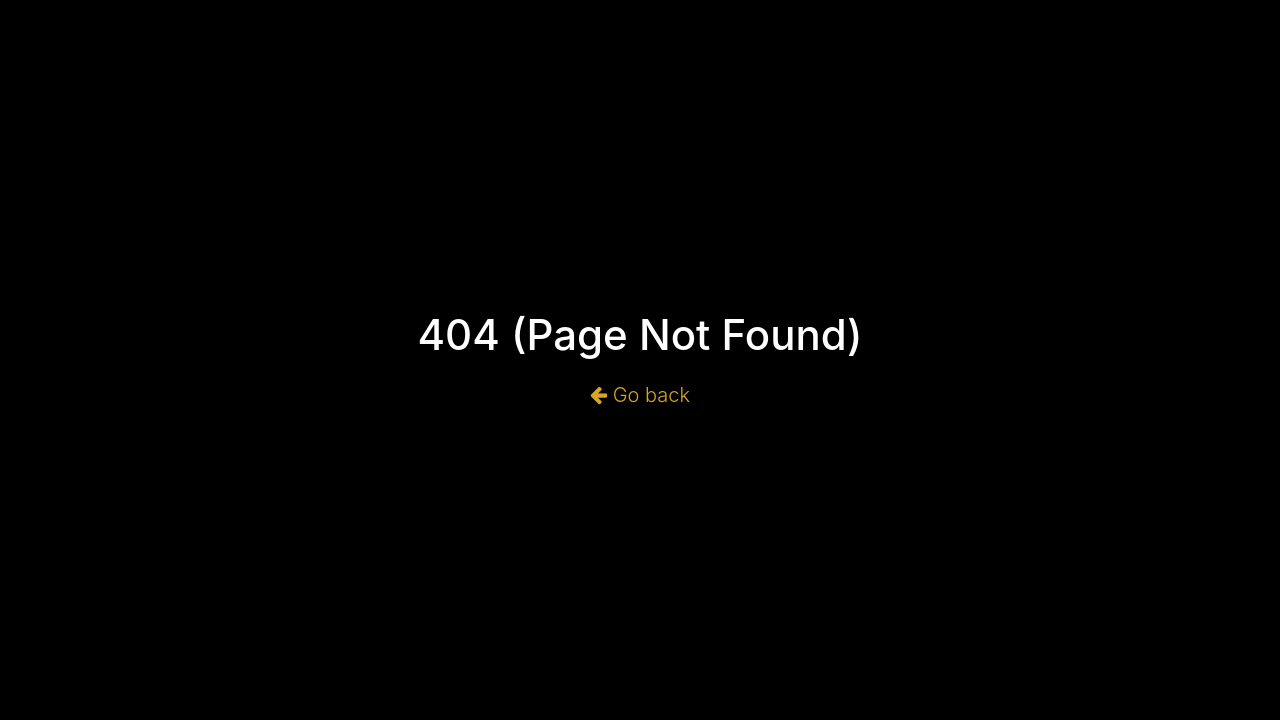
Repository: latenightsnacc/movie-db-app
Page: fallBackSuspense.html
These files come from the project's save history. The page is drawn as it stood at one moment and after the next save; the edit follows.
The browser window is 1280 px wide. The pictures show the whole page.
The style sheet was rebuilt from its Sass, Less or Tailwind sources for each picture, by a compiler version that may differ from the author's.

Above is the page before, as saved 2020-06-19 10:45:54.

After the next save:
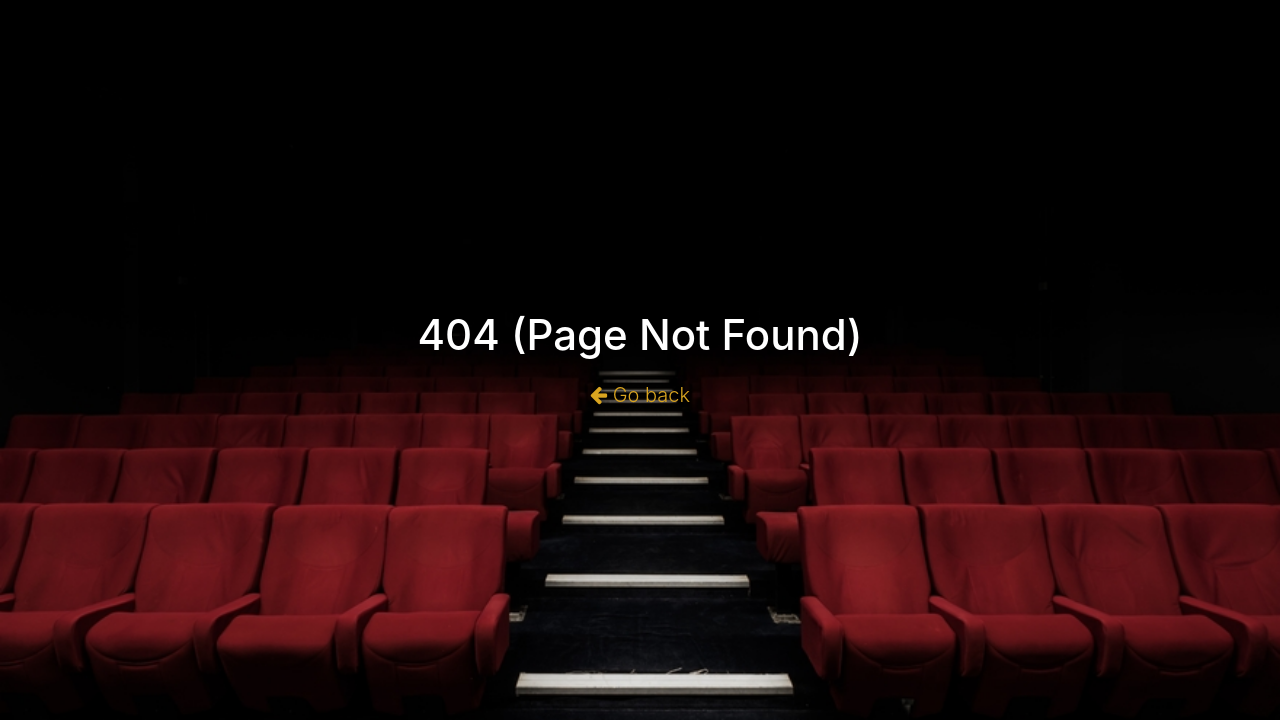
Saved 17 s later.
--- a/fallBackSuspense.html
+++ b/fallBackSuspense.html
@@ -15,7 +15,7 @@
 </head>
 <body>
     <main>
-        <div class="wrapper">
+        <div class="">
             <div class="container">
                 <div class="error404">
                     <h1>404 (Page Not Found)</h1>
